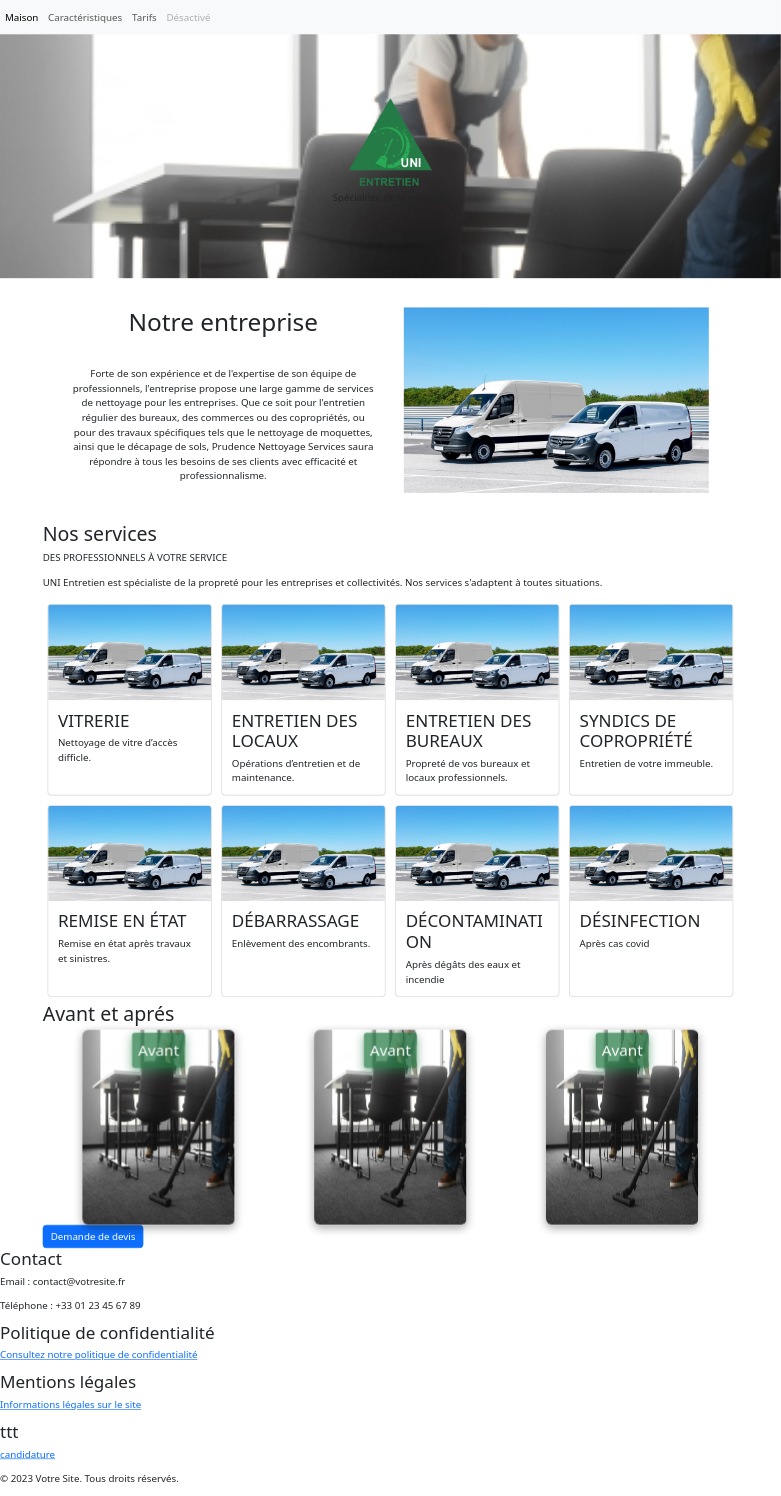
Repository: tomrib/site-UNI
Page: http://localhost/
The author's editor kept a copy of each file at every save. The page is drawn from the files as they stood at one save, then again after a run of saves.
The browser window is 1280 px wide. The pictures show the whole page, at 61% of full size.
The page is run by PHP 8.4 with error messages shown; the project is at /var/www/html/.

Above is the page before, as saved 2023-12-01 10:18:05.

After the next 3 saves:
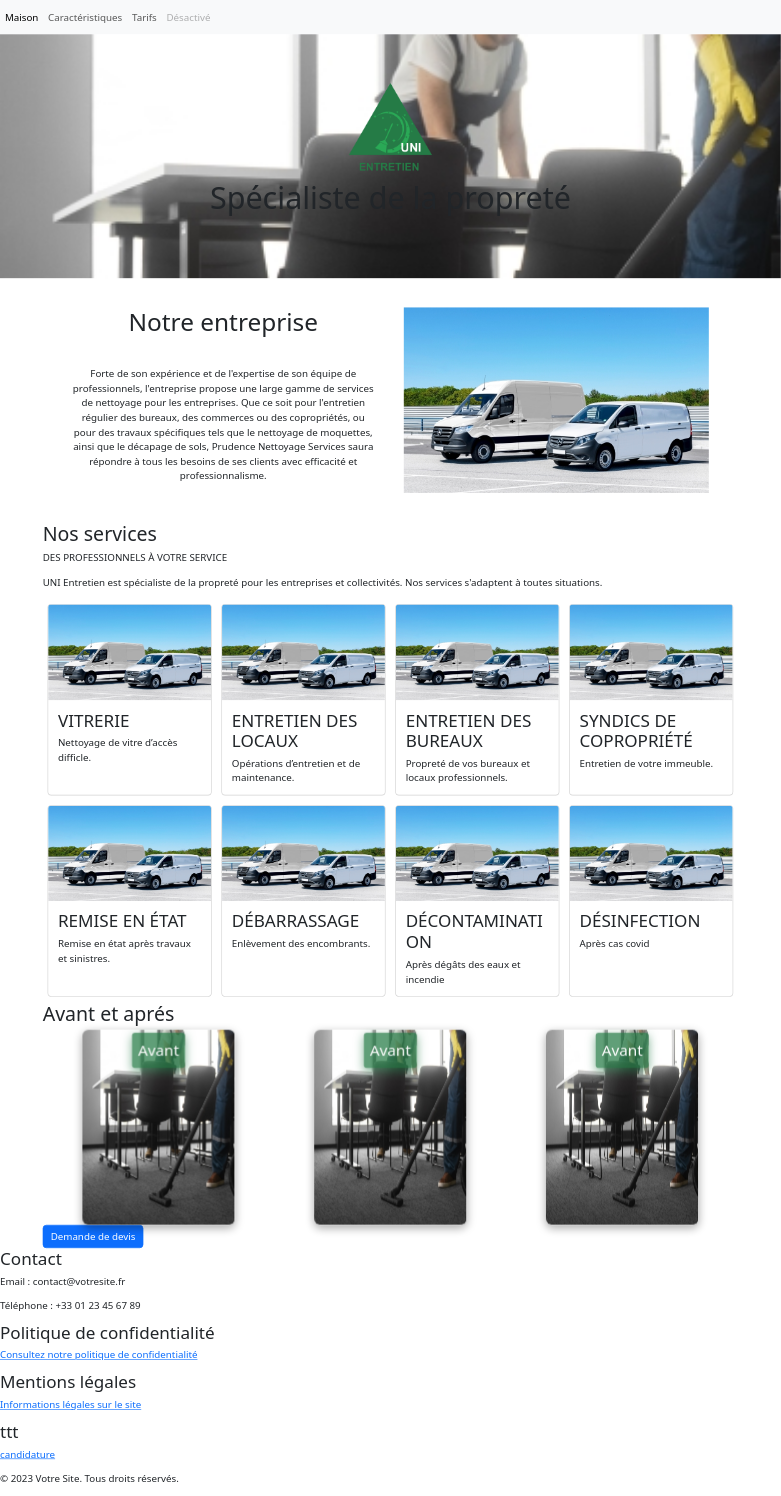
The 3 saves are shown as one change because they came seconds apart.
The last was saved 14 s later.
--- a/assets/css/style.css
+++ b/assets/css/style.css
@@ -21,7 +21,7 @@
     text-align: center;
 }
 .displayLogo p {
-    font-family: ;
+    font-size: 50px;
 }
 
 .headLogo{
